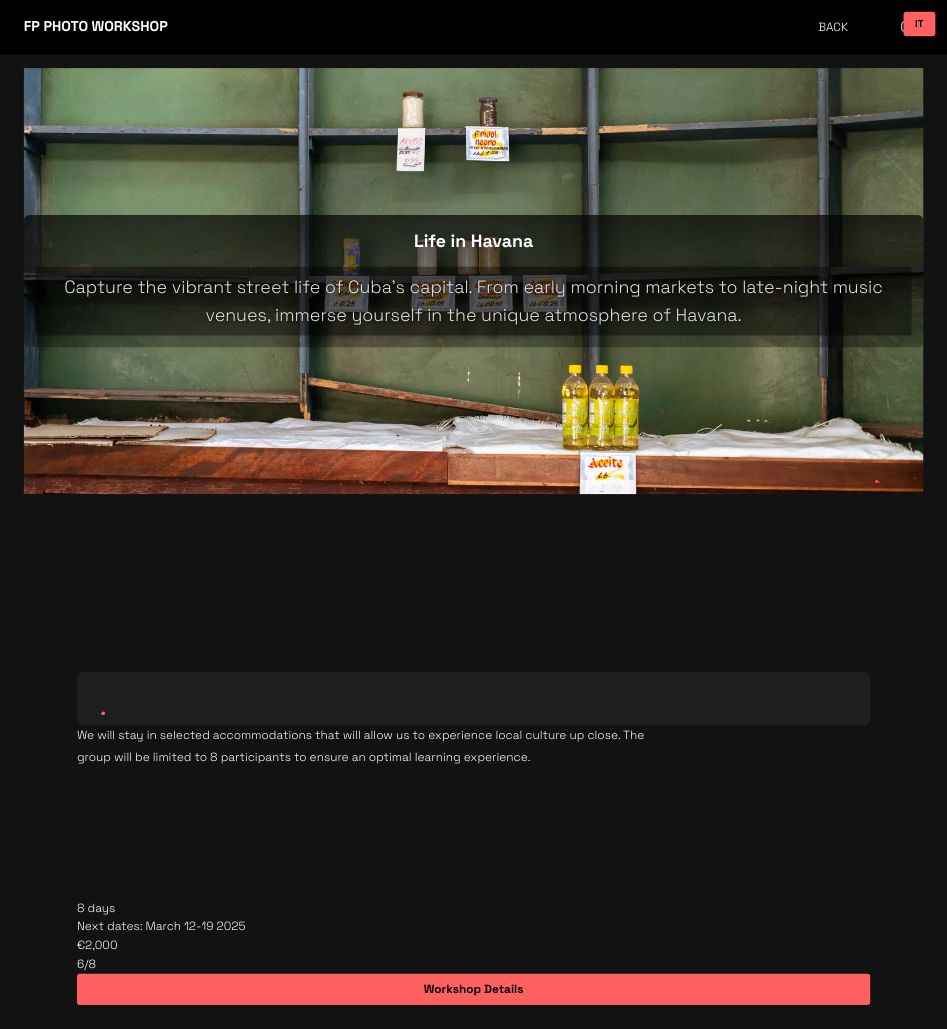
Repository: philipkdpavkia/photo-auto
Page: workshop/cuba.html
These files come from the project's save history. The page is drawn as it stood at one moment and after the next save; the edit follows.
The browser window is 1280 px wide. The pictures show the whole page, at 74% of full size.

Above is the page before, as saved 2024-11-23 19:26:19.
Console error: TypeError: Cannot read properties of null (reading 'addEventListener')

After the next save:
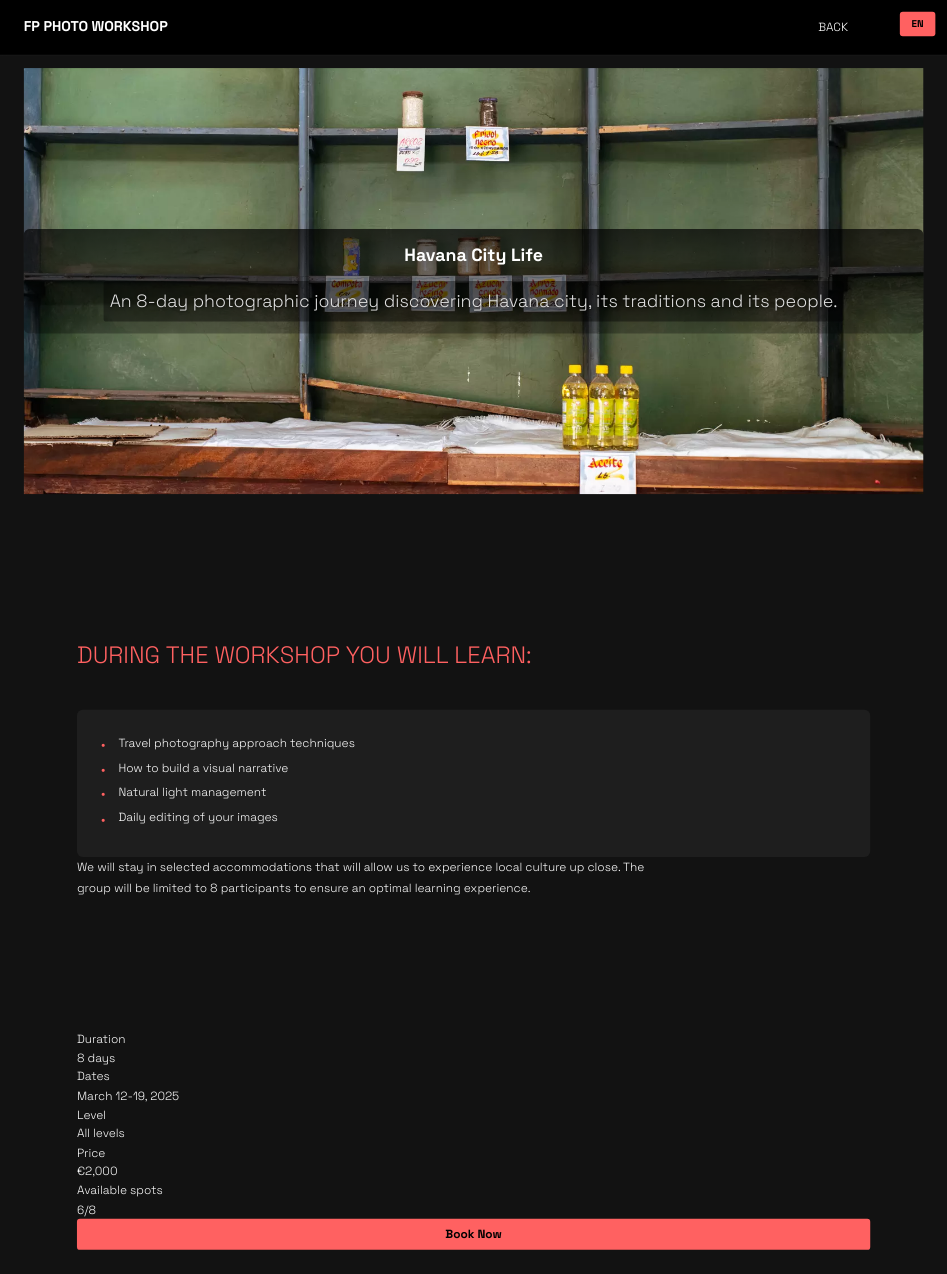
The error is gone.
Saved 3 min 12 s later.
--- a/workshop/cuba.html
+++ b/workshop/cuba.html
@@ -2,12 +2,12 @@
 <html lang="en">
 <head>
     <meta charset="UTF-8">
-    <meta name="viewport" content="width=device-width, initial-scale=1.0">
     <title>Cuba Photography Workshop 2024-2025 | Francesco Pavia</title>
     <meta name="description" content="Photography workshop in Cuba with Francesco Pavia. Explore Havana and Trinidad through photography. 2024-2025 dates, small groups, all levels welcome.">
     <link rel="canonical" href="https://francescopavia.org/workshop/cuba" />
     <link rel="stylesheet" href="https://cdnjs.cloudflare.com/ajax/libs/font-awesome/6.0.0/css/all.min.css">
     <link rel="stylesheet" href="/css/style.css">
+    <script src="/language.js"></script>
 
     <script type="application/ld+json">
     {
@@ -38,10 +38,10 @@
 <body>
     <header class="header">
         <nav class="nav">
-            <a class="logo" href="/workshop/index.html">FP PHOTO WORKSHOP</a>
-            <button id="langSwitch" class="lang-switch" onclick="switchLanguage()">IT</button>
+            <a class="logo" href="#">FP PHOTO WORKSHOP</a>
+            <button id="langSwitch" class="lang-switch" onclick="switchLanguage()">EN</button>
             <div class="nav-links">
-                <a href="../index.html" data-translate="workshops_page.back">Back</a>
+                <a href="index.html" data-i18n="workshops.cuba.back">BACK</a>
                 <a href="https://instagram.com/fpphotoworkshop" target="_blank" class="instagram-link">
                     <i class="fab fa-instagram"></i>
                 </a>
@@ -49,63 +49,64 @@
         </nav>
     </header>
 
-    <main class="main">
+    <main>
         <section class="hero">
             <div class="workshop-link">
-                <img alt="Havana Life" src="../images/cuba/cub.webp" class="workshop-hero"/>
+                <img alt="Havana Life" src="images/cuba/cub.webp" class="workshop-hero"/>
                 <div class="workshop-text">
-                    <h1 data-translate="workshops_page.cards.cuba.title"></h1>
-                    <p data-translate="workshops_page.cards.cuba.description"></p>
+                    <h1 data-i18n="workshops.cuba.title">Havana City Life</h1>
+                    <p data-i18n="workshops.cuba.description">
+                        An 8-day photographic journey discovering Havana city, its traditions and its people.
+                    </p>
                 </div>
             </div>
         </section>
 
         <section class="about">
             <div class="workshop-content">
-                <h2 class="section-title" data-translate="workshops_page.learn_title"></h2>
+                <h2 data-i18n="workshops.cuba.learn" class="section-title">During the workshop you will learn:</h2>
 
                 <div class="philosophy">
                     <ul>
-                        <li data-translate="workshops_page.techniques.1"></li>
-                        <li data-translate="workshops_page.techniques.2"></li>
-                        <li data-translate="workshops_page.techniques.3"></li>
-                        <li data-translate="workshops_page.techniques.4"></li>
+                        <li data-i18n="workshops.cuba.technique1">Travel photography approach techniques</li>
+                        <li data-i18n="workshops.cuba.technique2">How to build a visual narrative</li>
+                        <li data-i18n="workshops.cuba.technique3">Natural light management</li>
+                        <li data-i18n="workshops.cuba.technique4">Daily editing of your images</li>
                     </ul>
                 </div>
 
-                <p data-translate="workshops_page.accommodation"></p>
+                <p data-i18n="workshops.cuba.accommodation">
+                    We will stay in selected accommodations that will allow us to experience local culture up close.
+                    The group will be limited to 8 participants to ensure an optimal learning experience.
+                </p>
             </div>
         </section>
 
         <section class="contact">
             <div class="workshop-sidebar">
                 <div class="info-block">
-                    <div class="info-label" data-translate="workshops_page.details.duration_label"></div>
-                    <div class="info-value" data-translate="workshops_page.cards.cuba.duration"></div>
+                    <div class="info-label" data-i18n="workshops.cuba.duration">Duration</div>
+                    <div class="info-value" data-i18n="workshops.cuba.duration_value">8 days</div>
                 </div>
                 <div class="info-block">
-                    <div class="info-label" data-translate="workshops_page.details.dates_label"></div>
-                    <div class="info-value" data-translate="workshops_page.cards.cuba.dates"></div>
+                    <div class="info-label" data-i18n="workshops.cuba.dates">Dates</div>
+                    <div class="info-value" data-i18n="workshops.cuba.dates_value">March 12-19, 2025</div>
                 </div>
                 <div class="info-block">
-                    <div class="info-label" data-translate="workshops_page.details.level_label"></div>
-                    <div class="info-value" data-translate="workshops_page.details.level_value"></div>
+                    <div class="info-label" data-i18n="workshops.cuba.level">Level</div>
+                    <div class="info-value" data-i18n="workshops.cuba.level_value">All levels</div>
                 </div>
                 <div class="info-block">
-                    <div class="info-label" data-translate="workshops_page.details.price_label"></div>
-                    <div class="info-value">€2,000</div>
+                    <div class="info-label" data-i18n="workshops.cuba.price">Price</div>
+                    <div class="info-value" data-i18n="workshops.cuba.price_value">€2,000</div>
                 </div>
                 <div class="info-block">
-                    <div class="info-label" data-translate="workshops_page.details.spots_label"></div>
-                    <div class="info-value">6/8</div>
+                    <div class="info-label" data-i18n="workshops.cuba.spots">Available spots</div>
+                    <div class="info-value" data-i18n="workshops.cuba.spots_value">6/8</div>
                 </div>
-                <a href="iscrizione.html?workshop=cuba" class="workshop-button" data-translate="workshops_page.cards.cuba.button"></a>
+                <a href="iscrizione.html?workshop=cuba" class="workshop-button" data-i18n="workshops.cuba.book">Book Now</a>
             </div>
         </section>
     </main>
-
-    <script src="/translations.json" type="application/json"></script>
-    <script src="/language.js"></script>
-    <script src="/script.js"></script>
 </body>
 </html>
